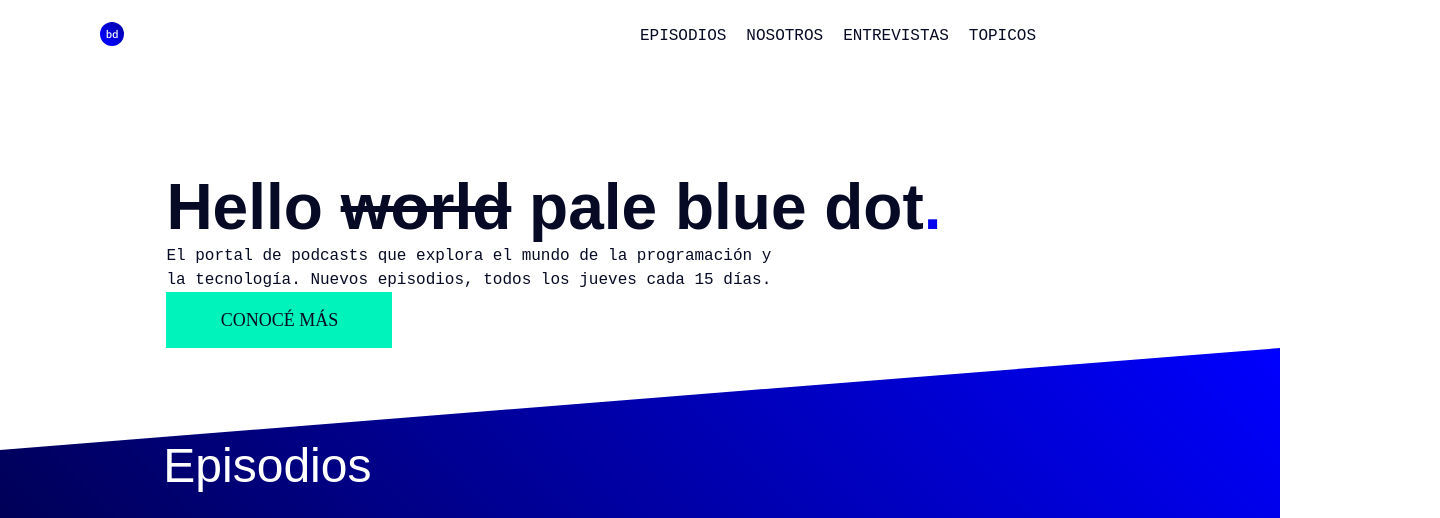
Repository: FedeGA93/podcast
Page: index.html
The author's editor kept a copy of each file at every save. The page is drawn from the files as they stood at one save, then again after the next save.
The browser window is 1280 px wide. The page is 1440 px wide, so the pictures cover 1440 px, including what lies to the right of the window. The pictures show the part of the page from y = 0 to 518 px (the page is 3205 px tall).
Pictures or frames that could not be fetched are drawn as grey boxes. Some web fonts or font styles are not loaded; a fallback is used. Some web libraries are served in a nearby version.

Above is the page before, as saved 2019-11-26 19:15:10.

After the next save:
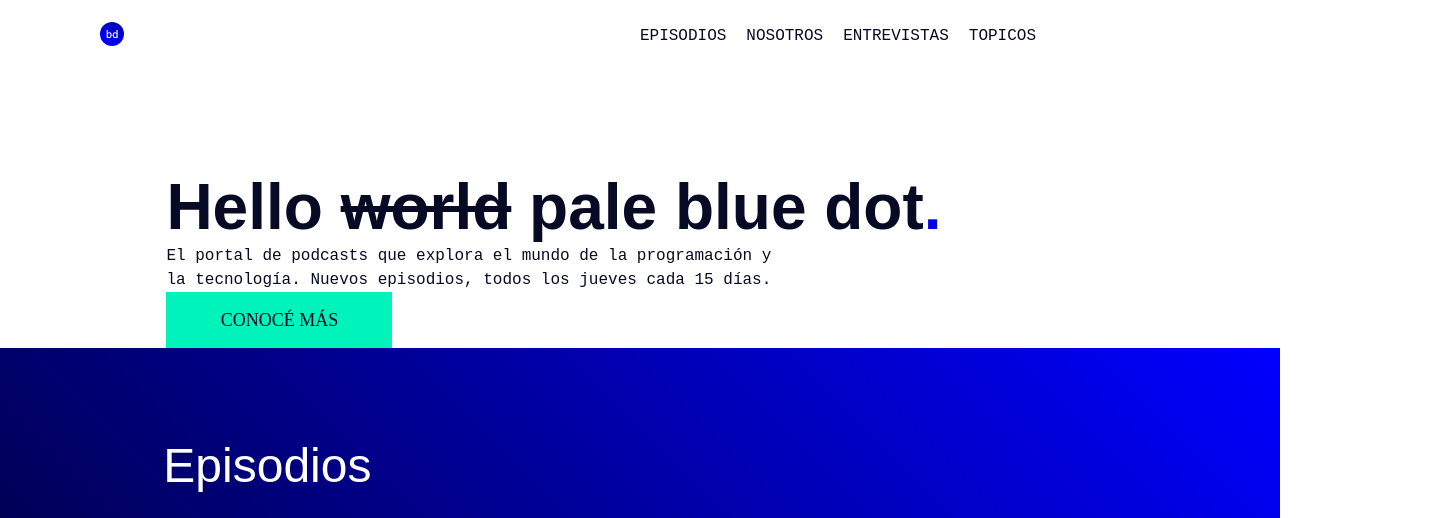
Saved 9 s later.
--- a/index.html
+++ b/index.html
@@ -63,7 +63,7 @@
             </svg>
         <div class="fondo-azul-gradiente sec">
 
-            <div class="corteuno"></div>
+           <!--  <div class="corteuno"></div> -->
             <div class="cortedos"></div>
             <div>
                 <p class="color-blanco pad" id="epi">Episodios</p>
